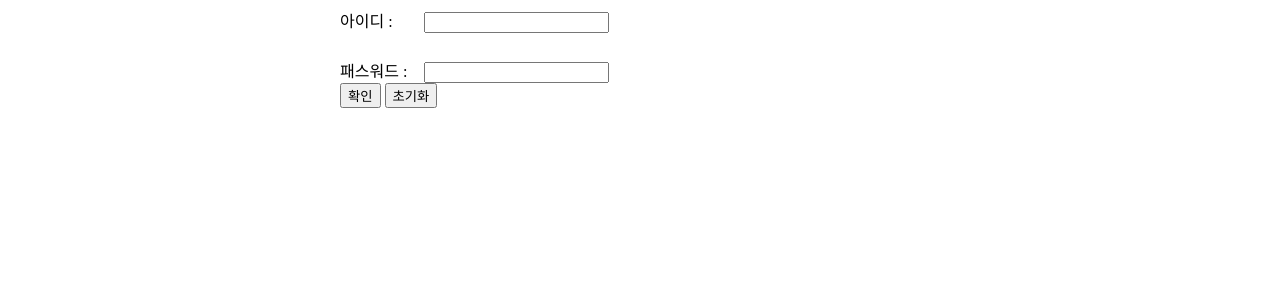
Repository: song-tata/jsp_servlet
Page: chap06/webContants/login.html
An editor plug-in stored every save of this project. The page is shown before and after the next save, followed by the edit.
The browser window is 1280 px wide. The pictures show the whole page.

Above is the page before, as saved 2023-05-17 06:33:33.

### chap06/webContants/login.html
<!DOCTYPE html>
<html>
<head>
<meta charset="EUC-KR">
<title>login page</title>
<style type="text/css">
.wrap {
	width: 600px;
	height: 200px;
	margin: auto;
}

.idwrap {
	width: 100%;
	height: 50px;
	margin: auto;
}
.idwrap>label{
	display: inline-block;
	width: 80px
}
.passwordwrap>label{
	display: inline-block;
	width: 80px
}
</style>
</head>
<body>
	<form action="post" class="wrap">
		<div class="idwrap">
			<label>아이디 : </label> <input type="text" id="id">
		</div>
		<div class="passwordwrap">
			<label>패스워드 : </label> <input type="text" id="password">
		</div>
		<div class="buttonwrap">
			<button type="submit">확인</button>
			<button type="reset">초기화</button>
		</div>
	</form>
</body>
</html>

After the next save:
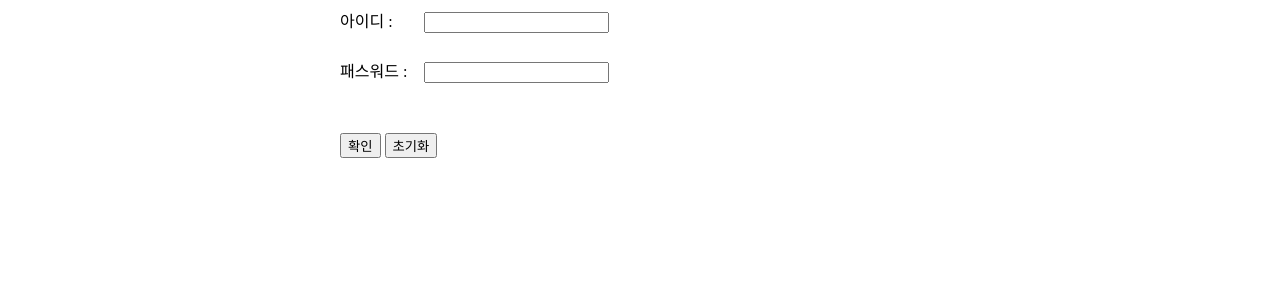
Saved 62 s later.
--- a/chap06/webContants/login.html
+++ b/chap06/webContants/login.html
@@ -23,6 +23,10 @@
 	display: inline-block;
 	width: 80px
 }
+.buttonwrap{
+margin: 50px auto;
+
+}
 </style>
 </head>
 <body>
